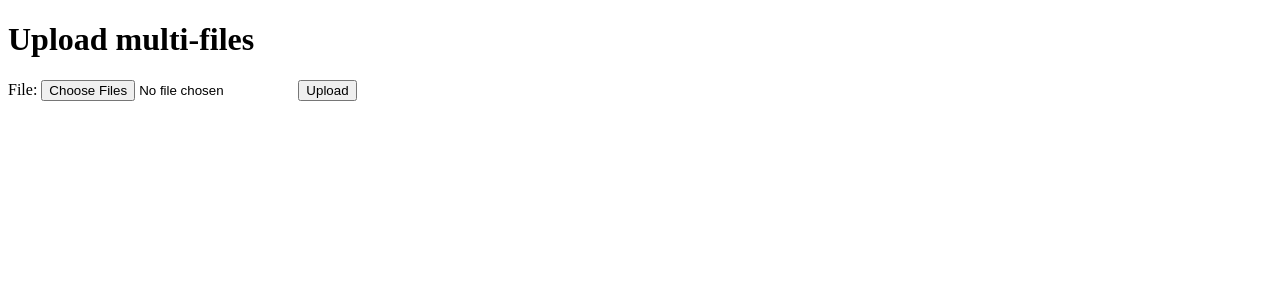
Repository: vanchihieu/www_week2
Page: Tuan2_Bai2_VanChiHieu/src/main/webapp/index.html
An editor plug-in stored every save of this project. The page is shown before and after the next save, followed by the edit.
The browser window is 1280 px wide. The pictures show the whole page.

Above is the page before, as saved 2024-09-07 08:54:19.

### Tuan2_Bai2_VanChiHieu/src/main/webapp/index.html
<!DOCTYPE html>
<html>
<head>
<meta charset="ISO-8859-1">
<title>Insert title here</title>
</head>
<body>
	<h1>Upload multi-files</h1>
	 <form method="POST" action="FileUploadServlet" enctype="multipart/form-data" >
        <!-- Upload one file -->
        <!--
        File: <input type="file" name="file" id="file1"/> <br/>
        File: <input type="file" name="file" id="file2" /> <br/>
        -->

        <!-- Upload multiple files -->
        File: <input type="file" name="file[]" multiple="multiple"/>

        <input type="submit" value="Upload" name="upload" id="upload" />
    </form>
</body>
</html>

After the next save:
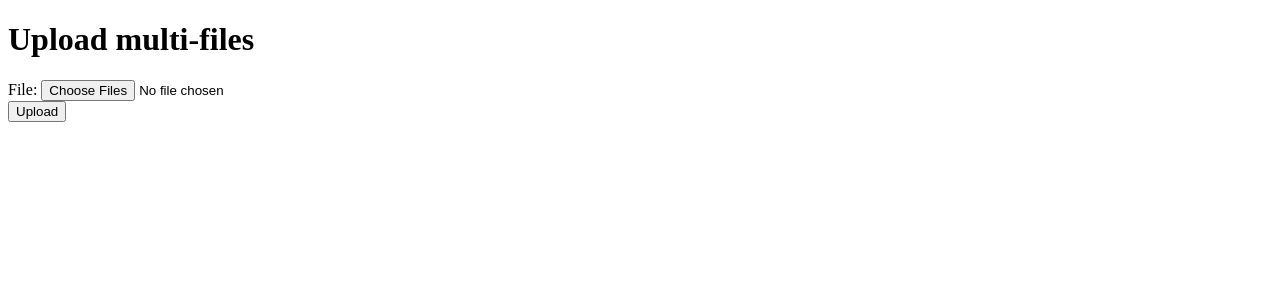
Saved 36 s later.
--- a/Tuan2_Bai2_VanChiHieu/src/main/webapp/index.html
+++ b/Tuan2_Bai2_VanChiHieu/src/main/webapp/index.html
@@ -14,7 +14,7 @@
         -->
 
         <!-- Upload multiple files -->
-        File: <input type="file" name="file[]" multiple="multiple"/>
+        File: <input type="file" name="file[]" multiple="multiple"/> </br>
 
         <input type="submit" value="Upload" name="upload" id="upload" />
     </form>
